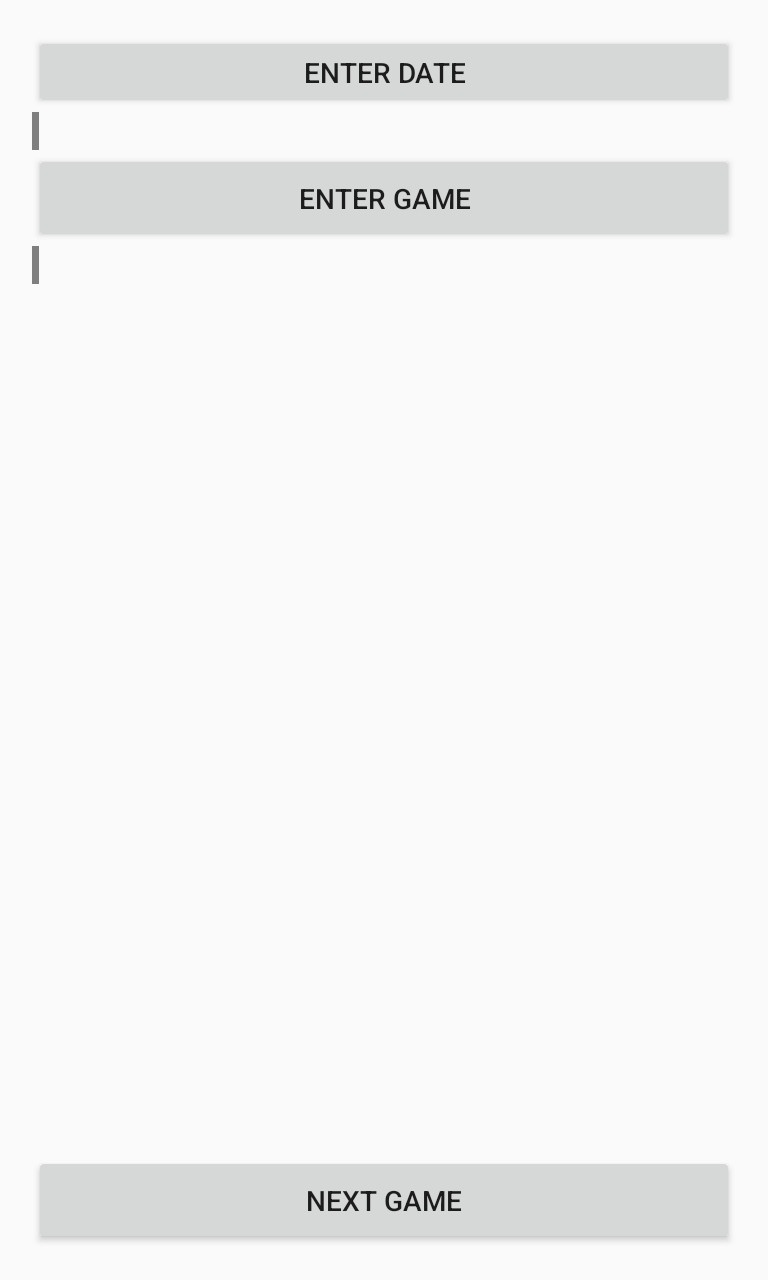
Repository: charlesweng/school
Layout: simpleandroidapps/GettingToKnowUIActivities/charleswengScoringProject/charleswengScoring/res/layout/activity_main.xml
An editor plug-in stored every save of this project. The layout is shown before and after the next save, followed by the edit.
Pictures or frames that could not be fetched are drawn as grey boxes. It is drawn on a 768 x 1280 px phone screen (xhdpi) without system bars, with theme AppTheme; the app's code is not run.

Above is the layout before, as saved 2014-04-28 05:40:01.

### simpleandroidapps/GettingToKnowUIActivities/charleswengScoringProject/charleswengScoring/res/layout/activity_main.xml
<?xml version="1.0" encoding="utf-8"?>
<RelativeLayout xmlns:android="http://schemas.android.com/apk/res/android"
    xmlns:tools="http://schemas.android.com/tools"
    android:id="@+id/container"
    android:layout_width="match_parent"
    android:layout_height="match_parent"
    android:paddingBottom="@dimen/activity_vertical_margin"
    android:paddingLeft="@dimen/activity_horizontal_margin"
    android:paddingRight="@dimen/activity_horizontal_margin"
    android:paddingTop="@dimen/activity_vertical_margin"
    >


    <Button
        android:id="@+id/datebutton"
        android:layout_width="fill_parent"
        android:layout_height="40dp"
        android:layout_alignParentTop="true"
        android:layout_centerHorizontal="true"
        android:text="@string/enter_date"
        android:onClick="showDatePickerDialog"/>

	<fragment
	    android:name="com.example.charleswengscoring.DateFragment"
	    android:id="@+id/fragment_date"
	    android:layout_width="wrap_content"
	    android:layout_height="wrap_content"
	    android:layout_below="@+id/datebutton"
	/>

    <Button
        android:id="@+id/gamebutton"
        android:layout_width="fill_parent"
        android:layout_height="wrap_content"
        android:onClick="clickGame"
        android:layout_below="@+id/fragment_date"
        android:text="@string/enter_game" />

    <fragment
        android:name="com.example.charleswengscoring.TeamFragment"
        android:id="@+id/fragment_team"
        android:layout_width="wrap_content"
        android:layout_height="wrap_content"
        android:layout_below="@+id/gamebutton"
    />

    <Button
        android:id="@+id/nextbutton"
        android:layout_width="fill_parent"
        android:layout_height="wrap_content"
        android:layout_alignParentBottom="true"
        android:layout_centerHorizontal="true"
        android:onClick="clickNext"
        android:text="@string/next_game" />


</RelativeLayout>

### simpleandroidapps/GettingToKnowUIActivities/charleswengScoringProject/charleswengScoring/res/values/strings.xml
<?xml version="1.0" encoding="utf-8"?>
<resources>

    <string name="app_name">charleswengScoring</string>
    <string name="hello_world">Hello world!</string>
    <string name="action_settings">Settings</string>
    <string name="enter_date">Enter Date</string>
    <string name="date">Date</string>
    <string name="enter_game">Enter Game</string>
    <string name="team_1">Team 1</string>
    <string name="team_2">Team 2</string>
    <string name="team_1_edit">Team 1:</string>
    <string name="team_2_edit">Team 2:</string>
    <string name="zero">0</string>
    <string name="next_game">Next Game</string>
    <string name="title_activity_date_picker">DatePicker</string>
	<string name="done">Done</string>
	<string name="score">Score:</string>
	<string-array name="team_name">
	    	<item>Atlanta Hawks</item>
			<item>Boston Celtics</item>
			<item>Brooklyn Nets</item>
			<item>Charlotte Bobcats</item>
			<item>Chicago Bulls</item>
			<item>Cleveland Cavaliers</item>
			<item>Dallas Mavericks</item>
			<item>Denver Nuggets</item>
			<item>Detroit Pistons</item>
			<item>Golden State Warriors</item>
			<item>Houston Rockets</item>
			<item>Indiana Pacers</item>
			<item>Los Angeles Clippers</item>
			<item>Los Angeles Lakers</item>
			<item>Memphis Grizzlies</item>
			<item>Miami Heat</item>
			<item>Milwaukee Bucks</item>
			<item>Minnesota Timberwolves</item>
			<item>New Orleans Pelicans</item>
			<item>New York Knicks</item>
			<item>Oklahoma City Thunder</item>
			<item>Orlando Magic</item>
			<item>Philadelphia 76ers</item>
			<item>Phoenix Suns</item>
			<item>Portland Trail Blazers</item>
			<item>Sacramento Kings</item>
			<item>San Antonio Spurs</item>
			<item>Toronto Raptors </item>
			<item>Utah Jazz</item>
			<item>Washington Wizards</item>
 	</string-array>
</resources>

Loaded but not shown: simpleandroidapps/GettingToKnowUIActivities/charleswengScoringProject/charleswengScoring/res/values/styles.xml (common file); simpleandroidapps/GettingToKnowUIActivities/charleswengScoringProject/charleswengScoring/res/values-v11/styles.xml (common file); simpleandroidapps/GettingToKnowUIActivities/charleswengScoringProject/charleswengScoring/res/values-v14/styles.xml (common file); simpleandroidapps/GettingToKnowUIActivities/charleswengScoringProject/charleswengScoring/res/values/dimens.xml (common file); simpleandroidapps/GettingToKnowUIActivities/charleswengScoringProject/charleswengScoring/res/values-w820dp/dimens.xml (common file)

After the next save:
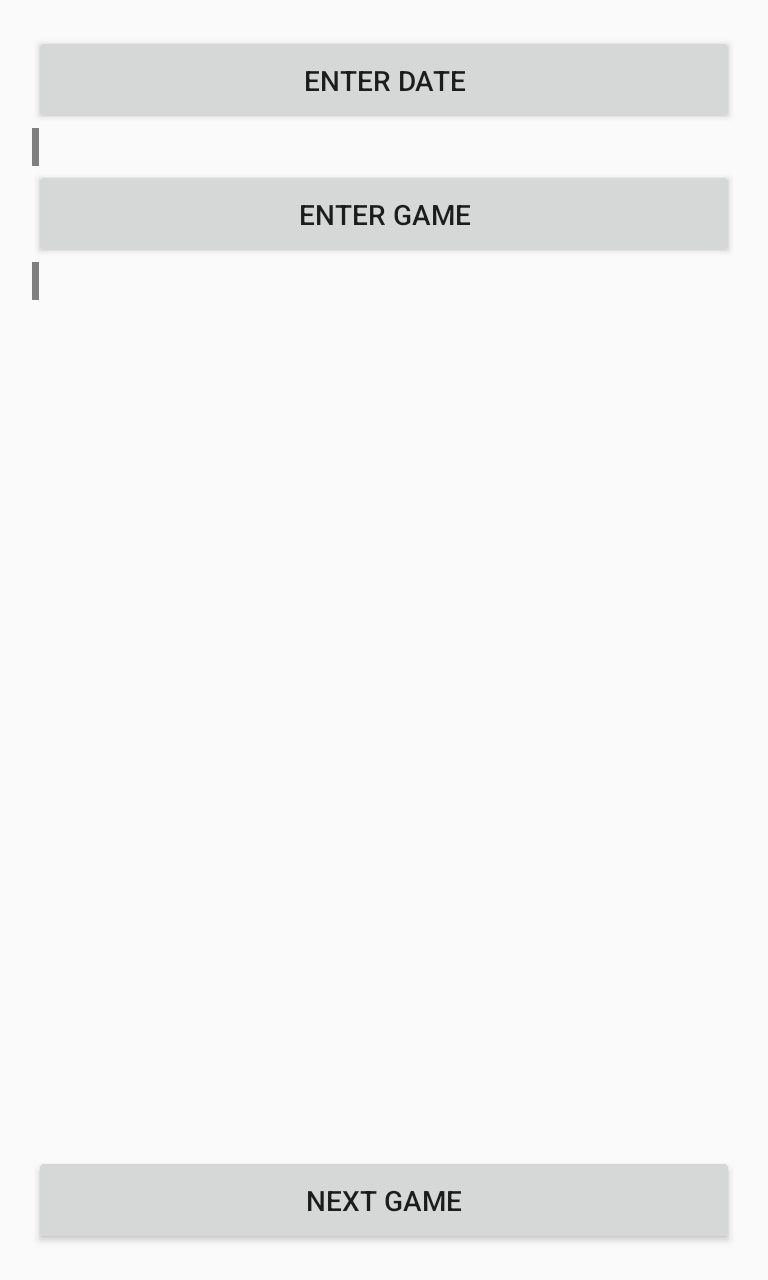
Saved 21 s later.
--- a/simpleandroidapps/GettingToKnowUIActivities/charleswengScoringProject/charleswengScoring/res/layout/activity_main.xml
+++ b/simpleandroidapps/GettingToKnowUIActivities/charleswengScoringProject/charleswengScoring/res/layout/activity_main.xml
@@ -14,7 +14,7 @@
     <Button
         android:id="@+id/datebutton"
         android:layout_width="fill_parent"
-        android:layout_height="40dp"
+        android:layout_height="wrap_content"
         android:layout_alignParentTop="true"
         android:layout_centerHorizontal="true"
         android:text="@string/enter_date"
